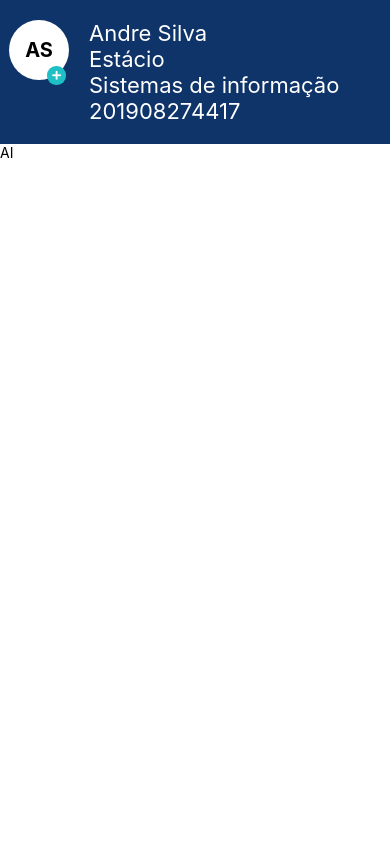
Repository: andre06x/native-estacio
Screen: /
The author's editor kept a copy of each file at every save. The screen is drawn from the files as they stood at one save, then again after the next save.
The app was drawn by React Native's web renderer in a window 390 px wide. The project was rebuilt for these pictures with package versions that can differ from the ones it lists, and the page was loaded fresh each time. Also part of the build but not shown: src/Pages/Login/index.tsx.

Above is the screen before, as saved 2022-03-24 14:03:15.

After the next save:
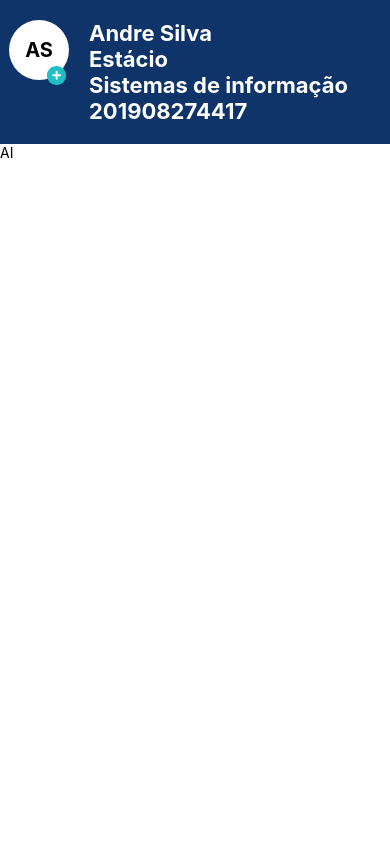
Saved 16 s later.
--- a/src/Pages/Home/index.tsx
+++ b/src/Pages/Home/index.tsx
@@ -83,6 +83,7 @@
   profile_container_info_text: {
     color: "#fff",
     fontSize: 22,
+    fontWeight: "700"
   }
 });
 
